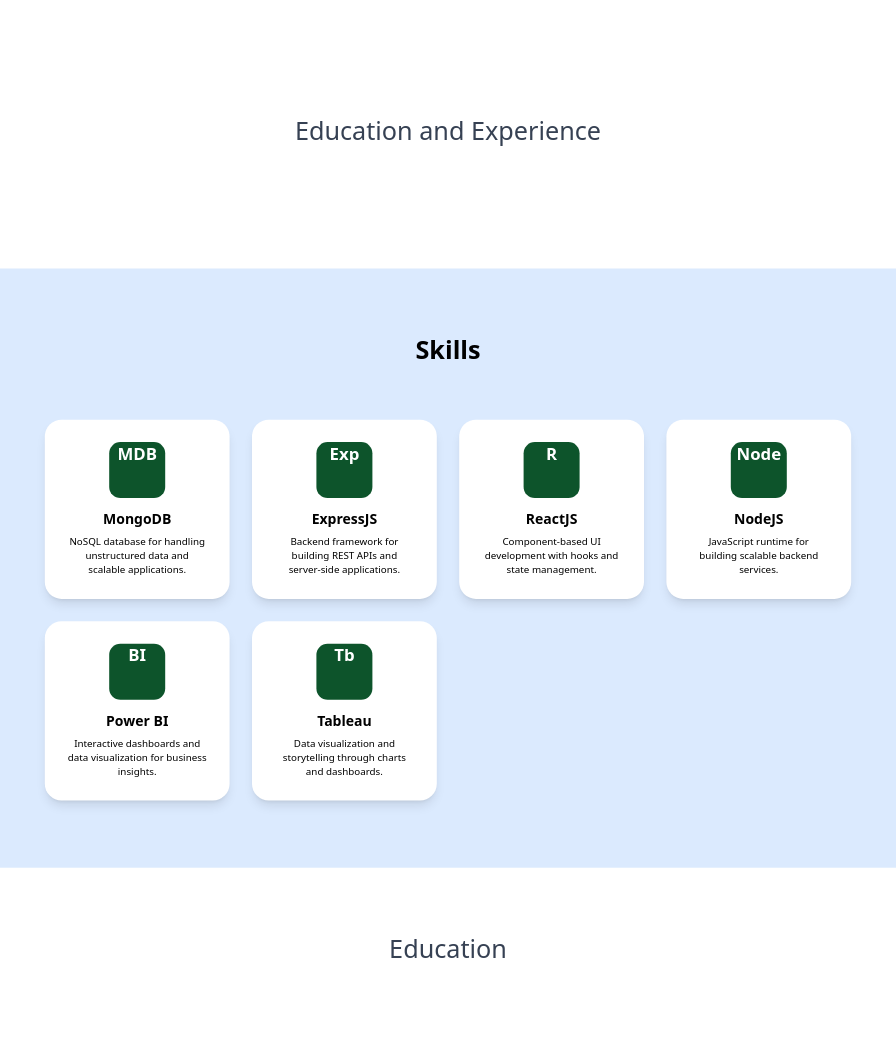
Repository: Rhaashee/myProfile
Page: index.html
These files come from the project's save history. The page is drawn as it stood at one moment and after the next save; the edit follows.
The browser window is 1280 px wide. The pictures show the part of the page from y = 1921 to 3841 px (the page is 3433 px tall before and 3841 px after), at 70% of full size.

Above is the page before, as saved 2026-04-29 16:30:25.
Console error: SyntaxError: Identifier 'projectsData' has already been declared

### index.html
<!-- MERN_Stu_FebMay26Mys\W4\D5\portfolio-project\index.html -->
<!DOCTYPE html>
<html lang="en">

<head>
    <meta charset="UTF-8">
    <meta name="viewport" content="width=device-width, initial-scale=1.0">

    <title>Week 3 & 4 Portfolio Project</title>

    <script src="https://cdn.jsdelivr.net/npm/@tailwindcss/browser@4"></script>

    <link rel="stylesheet" href="css/custom.css">

</head>

<body>
    <!-- HERO SECTION -->

    <section
        class="min-h-screen flex flex-col lg:flex-row lg:items-center lg:justify-between px-8 lg:px-16 py-20 gap-12 lg:gap-20">

        <div class="order-2 lg:order-1 flex-1 lg:max-w-lg text-center lg:text-left">

            <h1 class="text-5xl mb-6 font-bold" style="font-family: 'Poppins', sans-serif;">Rhaashee L</h1>

            <p class="text-xl lg:text-2xl text-slate-600 font-bold mb-10 max-w-md mx-auto lg:mx-0">
                Full-Stack developer | MERN enthusiast | Competitive Programmer
            </p>

            <div
                class="flex flex-col sm:flex-row gap-4 justify-center lg:justify-start items-center lg:items-start mb-8">

                <a href="#projects" class="bg-red-400 hover:bg-green-500 px-10 py-4 rounded shadow-xl">
                    View Projects
                </a>

                <a href="#resume" class="bg-blue-400 hover:bg-green-500 px-10 py-4 rounded shadow-xl">
                    Download Resume
                </a>

            </div>

            <div class="flex flex-wrap gap-6 justify-center lg:justify-start text-sm font-bold">

                <span>100+ Github commits</span>
                <span>50 LeetCode Questions Solved</span>
                <span>1 live projects completed</span>

            </div>

        </div>

        <div class="order-1 lg:order-2 w-full lg:w-96 max-w-sm mx-auto lg:mx-0">

            <img src="assets/images/img.jpg" alt="My photo"
                class="aspect-square w-full rounded shadow-lg mx-auto lg:mx-0 hover:ring-blue-500 transition-all duration-300 hover:scale-[1.02]"
                loading="lazy">

        </div>

    </section>

    <!-- NAVBAR -->

    <nav class="sticky top-0 z-50 bg-white/95 backdrop-blur-md border-b shadow-lg">

        <div class="max-w-7xl mx-auto px-6 py-4 flex items-center justify-between">

            <a href="#"
                class="text-2xl font-bold bg-clip-text bg-gradient-to-r from-red-400 to-slate-700 text-transparent">
                RL
            </a>

            <ul class="hidden md:flex items-center gap-10">

                <li><a href="#projects" class="text-lg font-bold hover:text-blue-600">Projects</a></li>

                <li><a href="#experience" class="text-lg font-bold hover:text-blue-600">Experience</a></li>

                <li><a href="#skills" class="text-lg font-bold hover:text-blue-600">Skills</a></li>

            </ul>
            <button id="theme-toggle" class="bg-blue-200 px-4 py-2 rounded font-bold">Theme</button>
            <a href="#contact" class="bg-red-400 hover:bg-green-500 rounded transition-all duration-300 px-8 py-3">
                Let's talk
            </a>

        </div>

    </nav>

    <!-- PROJECTS -->

    <section id="projects" class="py-24 px-8 lg:px-16">

        <div class="max-w-7xl mx-auto">

            <div class="text-center mb-10">

                <h2 class="text-4xl lg:text-5xl mb-6">My Projects</h2>

                <p class="text-xl max-w-2xl mx-auto">
                    Enterprise scale full-stack applications built with modern frameworks
                </p>

            </div>

            <!-- Project Search (Feature will attach here) -->

            <div class="mb-10 text-center">

                <input id="project-search" type="text" placeholder="Search projects..."
                    class="border rounded px-6 py-3 w-full max-w-md">

            </div>

            <!-- Project Filter Bar -->

            <div id="project-filters" class="flex flex-wrap justify-center gap-4 mb-12">
            </div>

            <!-- Dynamic container for projects -->

            <div id="projects-container" class="grid grid-cols-1 md:grid-cols-2 lg:grid-cols-3 gap-8">
            </div>

        </div>

    </section>

    <!-- EXPERIENCE -->

    <section id="experience" class="py-24 px-8 lg:px-16">

        <div class="max-w-4xl mx-auto">

            <h2 class="text-4xl text-gray-700 text-center mb-20">
                Education and Experience
            </h2>

            <!-- existing experience cards remain unchanged -->

        </div>

    </section>

    <!-- SKILLS -->

    <section id="skills" class="py-24 px-8 lg:px-16 bg-blue-100">

        <div class="max-w-7xl mx-auto">

            <h2 class="text-4xl text-center font-bold mb-20">
                Skills
            </h2>

            <!-- Dynamic Skills Container -->

            <div id="skills-container" class="grid grid-cols-1 md:grid-cols-2 lg:grid-cols-4 gap-8">
            </div>

        </div>

    </section>

    <!-- CONTACT MODAL -->

    <button id="modal-trigger"
        class="fixed bottom-8 right-8 w-16 h-16 bg-blue-900 text-white rounded-full shadow-2xl flex items-center justify-center text-2xl font-bold">
        ☏
    </button>

    <div id="contact-modal" class="fixed inset-0 z-50 hidden bg-black/50 backdrop-blur-md">

        <div class="flex items-center justify-center min-h-screen p-4">

            <div id="modal-content"
                class="bg-white w-full max-w-md rounded-2xl shadow-2xl scale-95 opacity-0 transition-all duration-300">

                <div class="sticky top-0 border-b p-8 pt-12 bg-white">

                    <h3 class="text-2xl font-bold">Contact Me</h3>

                    <button id="modal-close" class="absolute top-6 right-6 text-2xl font-bold">
                        ×
                    </button>

                </div>

                <form id="contact-form" class="p-8 space-y-4">

                    <input id="contact-name" type="text" placeholder="Your name"
                        class="w-full border rounded px-4 py-3">

                    <input id="contact-email" type="email" placeholder="email@website.com"
                        class="w-full border rounded px-4 py-3">

                    <p id="form-message" class="text-sm text-red-500"></p>

                    <div class="flex flex-col sm:flex-row gap-4 pt-4">

                        <button type="button" id="form-cancel" class="flex-1 font-bold py-4 px-6">
                            Cancel
                        </button>

                        <button type="submit" class="flex-1 font-bold py-4 px-6">
                            Submit
                        </button>

                    </div>

                </form>

            </div>

        </div>

    </div>
    <!--Education and experience-->
    <section id="experience" class="py-24 px-8 lg:px-16">

  <div class="max-w-4xl mx-auto">

    <h2 class="text-4xl text-gray-700 text-center mb-10">
      Education
    </h2>

    <!-- Dynamic Education -->
    <div id="education-container"></div>

  </div>

</section>
    <!-- SWIPE TO HOME BUTTON -->

    <button id="home-swiper"
        class="fixed bottom-8 left-8 bg-pink-200 text-white px-5 py-3 rounded-full shadow-xl hover:bg-blue-600 transition">
        Back to Home
    </button>
    <!-- MAIN JS ENTRY-->

    <script src="js/data/projects.js"></script>
    <script src="js/data/skills.js"></script>
    <script src="js/features/skills-render.js"></script>
    <script src="js/features/modal.js"></script>
    <script src="js/features/contact-validation.js"></script>
    <script src="js/features/theme-toggle.js"></script>
    <script src="js/data/projects.js"></script>
    <script src="js/features/project-filter.js"></script>
    <script src="js/features/project-search.js"></script>
    <script src="js/main.js"></script>
    <script src="js/features/BackToTop.js"></script>
    <script src="js/data/education.js"></script>
<script src="js/features/education-render.js"></script>



</body>

</html>

### css/custom.css
.dark-mode{
    background-color: black;
    color: white;
}
.dark-mode nav{
    background-color: rgb(178, 173, 173);
    color: white;
}
.dark-mode section{
    background-color: rgb(0, 0, 0);
    color: white;
}
.dark-mode .bg-blue-100{
    background-color: rgb(235, 236, 240);
    color: rgb(153, 145, 145);
}
.dark-mode .bg-white{
    background-color: rgb(0, 0, 0);
}
.dark-mode .text-gray-700{
    color: white;
}
.line-clamp-2 {
  display: -webkit-box;
  -webkit-line-clamp: 2;
  -webkit-box-orient: vertical;
  overflow: hidden;
}

### js/data/projects.js
const projectsData = [
  {
    id: 1,
    name: "Virtual Herbal Garden – AYUSH Soap Products",
    category: "Web Development",
    description:
      "Designed an interactive platform for exploring herbal plants and their uses in AYUSH soap products, providing detailed plant and product information.",
    technologies: ["Python", "HTML", "CSS"],
    status: "Completed",
    liveDemo: "#",
    github: "#"
  },
  {
    id: 2,
    name: "AI-Integrated Feedback System for Teachers (Prototype)",
    category: "AI / NLP",
    description:
      "Built a prototype to automate student feedback collection and analysis using NLP techniques, enabling structured insights from textual responses.",
    technologies: ["Python", "Flask", "NLP"],
    status: "Prototype",
    liveDemo: "#",
    github: "#"
  },
  {
    id: 3,
    name: "Portfolio Website",
    category: "Frontend",
    description:
      "Responsive personal portfolio website showcasing projects, skills, and contact information.",
    technologies: ["HTML", "Tailwind CSS", "JavaScript"],
    status: "Live",
    liveDemo: "#",
    github: "#"
  },{

    id: 5,
    name: "Land Leasing Platform for Farmers (Ongoing)",
    category: "Web Development",
    description:
      "Developing a web-based platform for secure land leasing with buyer and seller authentication, enabling transparent and efficient transactions.",
    technologies: ["HTML", "CSS", "JavaScript", "MySQL"],
    status: "Completed",
    liveDemo: "#",
    github: "#"
  },
  {
    id: 6,
    name: "BookMyShow Clone",
    category: "MERN",
    description:
      "Full stack movie ticket booking application with AI-powered smart movie suggestions.",
    technologies: ["ReactJS", "ExpressJS", "MongoDB", "NodeJS"],
    status: "Ongoing",
    liveDemo: "#",
    github: "#"
  }

];

### js/data/skills.js

const skillsData = [
  {
    id: 1,
    name: "MongoDB",
    shortLabel: "MDB",
    description: "NoSQL database for handling unstructured data and scalable applications."
  },
  {
    id: 2,
    name: "ExpressJS",
    shortLabel: "Exp",
    description: "Backend framework for building REST APIs and server-side applications."
  },
  {
    id: 3,
    name: "ReactJS",
    shortLabel: "R",
    description: "Component-based UI development with hooks and state management."
  },
  {
    id: 4,
    name: "NodeJS",
    shortLabel: "Node",
    description: "JavaScript runtime for building scalable backend services."
  },
  {
    id: 5,
    name: "Power BI",
    shortLabel: "BI",
    description: "Interactive dashboards and data visualization for business insights."
  },
  {
    id: 6,
    name: "Tableau",
    shortLabel: "Tb",
    description: "Data visualization and storytelling through charts and dashboards."
  },

];

### js/features/skills-render.js
function renderSkills(){
    const skillsContainer = document.getElementById("skills-container");

    if(!skillsContainer){
        console.log("Skills Contianer not found");
        return;
    }
    skillsContainer.innerHTML = "";
    skillsData.forEach(function(skill){
        // to create outer card
        const card = document.createElement("div");
        card.className = "p-8 text-center bg-white rounded-3xl shadow-lg";

        // create icon
        const iconBox = document.createElement("div");
        iconBox.className = "w-20 h-20 mx-auto mb-4 bg-green-900 rounded-2xl flex item-center justify-center";

        // create icon
        const iconText = document.createElement("span");
        iconText.className = "text-2xl text-white font-bold"
        iconText.textContent = skill.shortLabel;

        // Put iconText inside iconBox
        iconBox.appendChild(iconText);

        // create a skill name
        const skillsName = document.createElement("h3");
        skillsName.className = "text-xl font-bold mb-2";
        skillsName.textContent = skill.name;

        // create skill description
        const skillDescription = document.createElement("p");
        skillDescription.className = "text-sm";
        skillDescription.textContent = skill.description;

        // append all child elements to card
        card.appendChild(iconBox);
        card.appendChild(skillsName);
        card.appendChild(skillDescription);

        // append card to skills container
        skillsContainer.appendChild(card);
    });
    console.log("Skills rendered successfully");
}

### js/features/modal.js
function initModal(){
    const modal = document.getElementById("contact-modal");
    const modalContent = document.getElementById("modal-content");
    const modalTrigger = document.getElementById("modal-trigger");
    const modalClose = document.getElementById("modal-close");
    const formCancel = document.getElementById("form-cancel");

    if(!modal || !modalContent || !modalTrigger || !modalClose || !formCancel){
        console.log("Modal element not found");
        return;
    }
    function openModal(){
        modal.classList.remove("hidden");

        setTimeout(function(){
            modalContent.classList.remove("scale-95","opacity-0");
        },10);
    }
    function closeModal(){
        modalContent.classList.add("scale-95","opacity-0");
        setTimeout(function(){
            modal.classList.add("hidden");
        },200);
    }
    modalTrigger.addEventListener("click",openModal);
    modalClose.addEventListener("click",closeModal);
    formCancel.addEventListener("click",closeModal);

    //close when clicking on backdrop
    modal.addEventListener("click",function(event){
        if(event.target === modal){
            closeModal();
        }
    });
    console.log("Modal opened successfully");
}

### js/features/contact-validation.js
function initContactValidation(){
    const contactModal = document.getElementById("contact-modal");
    const contactForm = document.getElementById("contact-form");
    const contactName = document.getElementById("contact-name");
    const contactEmail = document.getElementById("contact-email");
    const formMessage = document.getElementById("form-message");

    if(!contactModal || !contactForm || !contactName || !contactEmail || !formMessage){
        console.log("Contact form elements not found");
        return;
    }

    contactForm.addEventListener("submit",function(event){
        event.preventDefault();

        const name = contactName.value.trim();
        const email = contactEmail.value.trim();

        formMessage.textContent = "";
        formMessage.className = "text-sm";

        // Name validation
        if(name === ""){
            formMessage.textContent = "Name is required";
            formMessage.classList.add("text-red-500");
            contactName.focus();
            return;
        }
        if(name.length < 5){
            formMessage.textContent = "Name must be atleast 5 chars"
            formMessage.classList.add("text-red-500");
            contactName.focus();
            return;
        }
        // Email Validation
        if(email === ""){
            formMessage.textContent = "Email is required";
            formMessage.classList.add("text-red-500");
            contactEmail.focus();
            return;
        }
        const emailPattern = /^[^\s@]+@[^\s@]+\.[^\s@]+$/;

        if(!emailPattern.test(email)){
            formMessage.textContent = "Enter valid email";
            formMessage.classList.add("text-red-500");
            contactEmail.focus();
            return;
        }

        formMessage.textContent = "Meassage Submitted Sucessfully";
        formMessage.classList.add("text-green-600");
        console.log("Valid credentials : ",{name:name,email:email});
        contactForm.reset();
    });
    contactName.addEventListener("input",function(){
        formMessage.textContent = "";
    });
    contactEmail.addEventListener("input",function(){
        formMessage.textContent = "";
    });
}

### js/features/theme-toggle.js
function initThemeToggle(){
    const toggleBtn = document.getElementById("theme-toggle");
    const body = document.body;

    const savedTheme = localStorage.getItem("portfolio-theme");

    if(savedTheme === "dark"){
        body.classList.add("dark-mode");
    }
    toggleBtn.addEventListener("click",function(){
        body.classList.toggle("dark-mode");
        if(body.classList.contains("dark-mode")){
            localStorage.setItem("portfolio-theme","dark");
            console.log("Dark mode enanbled");
        }else{
            localStorage.setItem("portfolio-theme","light");
            console.log("Light mode enanbled");
        }
    });
}

### js/features/project-filter.js
// RENDER + FILTER UI
function renderProjects(projects) {
    const container = document.getElementById("projects-container");
    container.innerHTML = "";

    projects.forEach((project) => {

        const card = document.createElement("div");
        card.className =
            "bg-white rounded-2xl shadow-md p-6 pb-12 text-center hover:shadow-xl transition";

        const wrapper = document.createElement("div");
        wrapper.className = "relative";

        // Status badge (bottom-right)
        const badge = document.createElement("span");
        badge.className =
            "absolute bottom-4 right-4 text-white text-xs px-3 py-1 rounded-full shadow";

        // status color
        if (project.status === "Completed") badge.classList.add("bg-green-500");
        else if (project.status === "Ongoing") badge.classList.add("bg-yellow-500");
        else if (project.status === "Prototype") badge.classList.add("bg-purple-500");
        else badge.classList.add("bg-red-500");

        badge.textContent = project.status;

        const title = document.createElement("h2");
        title.className =
            "text-lg font-semibold mb-2 leading-snug h-14 overflow-hidden line-clamp-2";
        title.textContent = project.name;

        const category = document.createElement("p");
        category.className = "text-blue-600 font-semibold mb-2";
        category.textContent = project.category;

        const desc = document.createElement("p");
        desc.className = "text-gray-600 text-sm mb-4";
        desc.textContent = project.description;

        const tech = document.createElement("p");
        tech.className = "text-green-600 text-sm mb-4";
        tech.textContent = project.technologies.join(", ");

        const links = document.createElement("div");
        links.className = "flex justify-center gap-4";

        const live = document.createElement("a");
        live.href = project.liveDemo;
        live.textContent = "Live";
        live.className = "text-blue-600 hover:underline";

        const github = document.createElement("a");
        github.href = project.github;
        github.textContent = "GitHub";
        github.className = "text-blue-600 hover:underline";

        links.append(live, github);

        wrapper.append(badge, title, category, desc, tech, links);
        card.appendChild(wrapper);
        container.appendChild(card);
    });
}

// FILTER BUTTONS
function renderFilters() {
    const filterContainer = document.getElementById("project-filters");

    const categories = ["All", ...new Set(projectsData.map(p => p.category))];

    categories.forEach((cat) => {
        const btn = document.createElement("button");
        btn.textContent = cat;
        btn.className =
            "px-4 py-2 border rounded hover:bg-blue-500 hover:text-white";

        btn.addEventListener("click", () => {
            if (cat === "All") renderProjects(projectsData);
            else {
                const filtered = projectsData.filter(p => p.category === cat);
                renderProjects(filtered);
            }
        });

        filterContainer.appendChild(btn);
    });
}

### js/features/project-search.js
// Search
document.addEventListener("DOMContentLoaded", () => {

    const searchInput = document.getElementById("project-search");

    // initial render
    renderProjects(projectsData);
    renderFilters();

    searchInput.addEventListener("input", () => {

        const term = searchInput.value.toLowerCase();

        const filtered = projectsData.filter((p) =>
            p.name.toLowerCase().includes(term) ||
            p.description.toLowerCase().includes(term) ||
            p.technologies.join(" ").toLowerCase().includes(term) ||
            p.category.toLowerCase().includes(term)
        );

        renderProjects(filtered);
    });

});

### js/main.js
document.addEventListener("DOMContentLoaded", function(){
    // Render Skills
    renderSkills();
    initModal();
    initContactValidation();
    initThemeToggle();
    SearchProjects();
})

### js/features/BackToTop.js
const swiperButton = document.getElementById("home-swiper");

// safety check (important)
if (swiperButton) {

    // hide initially
    swiperButton.style.display = "none";

    // scroll to top
    swiperButton.addEventListener("click", function () {
        window.scrollTo({
            top: 0,
            behavior: "smooth"
        });
    });

    // show on scroll
    window.addEventListener("scroll", function () {
        if (window.scrollY > 300) {
            swiperButton.style.display = "block";
        } else {
            swiperButton.style.display = "none";
        }
    });

}

### js/data/education.js
const educationData = [
    {
        id: 1,
        title: "B.E. in CSE (Data Science)",
        institution: "Sai Vidya Institute of Technology",
        percentage: 83,
        duration: "2022 – 2026"
    },
    {
        id: 2,
        title: "PUC",
        institution: "Deeksha PU College",
        percentage: 82,
        duration: "2022"
    },
    {
        id: 3,
        title: "Schooling",
        institution: "Nitte International School",
        percentage: 69,
        duration: "2020"
    }
];

### js/features/education-render.js
function renderEducation() {
    const container = document.getElementById("experience");

    if (!container) return;

    const wrapper = document.createElement("div");
    wrapper.className = "space-y-6";

    educationData.forEach((edu) => {

        const card = document.createElement("div");
        card.className =
            "bg-white dark:bg-blue-50 p-6 rounded-xl shadow-md hover:shadow-lg transition";

        const title = document.createElement("h3");
        title.className = "text-lg font-bold";
        title.textContent = edu.title;

        const inst = document.createElement("p");
        inst.className = "text-gray-600";
        inst.textContent = edu.institution;

        const score = document.createElement("p");
        score.className = "text-green-600 text-sm";
        score.textContent = edu.score;

        const duration = document.createElement("p");
        duration.className = "text-sm text-gray-500";
        duration.textContent = edu.duration;

        card.append(title, inst, score, duration);
        wrapper.appendChild(card);
    });

    container.appendChild(wrapper);
}

After the next save:
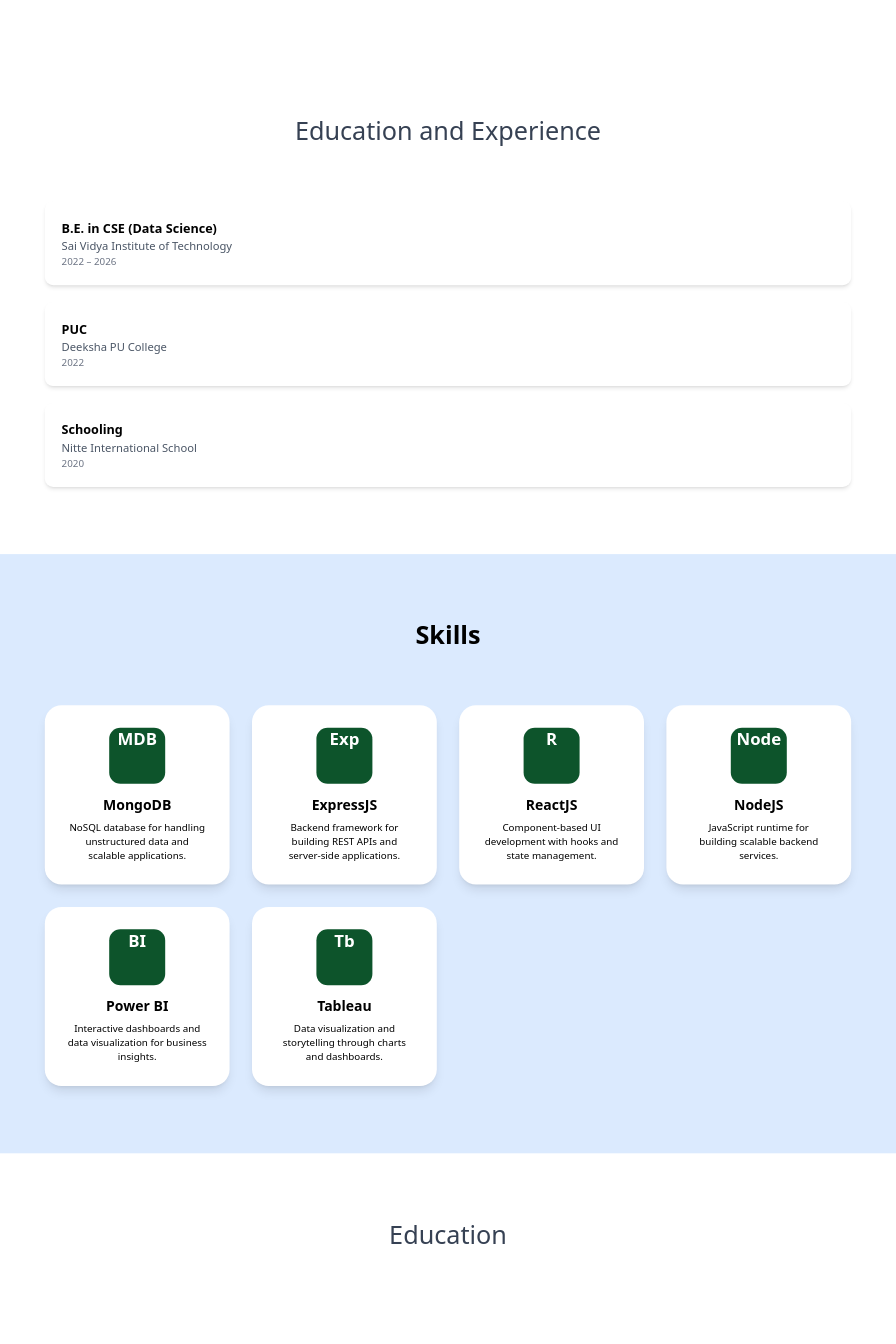
Saved 11 s later.
--- a/js/main.js
+++ b/js/main.js
@@ -6,3 +6,6 @@
     initThemeToggle();
     SearchProjects();
 })
+document.addEventListener("DOMContentLoaded", () => {
+  renderEducation();
+});
